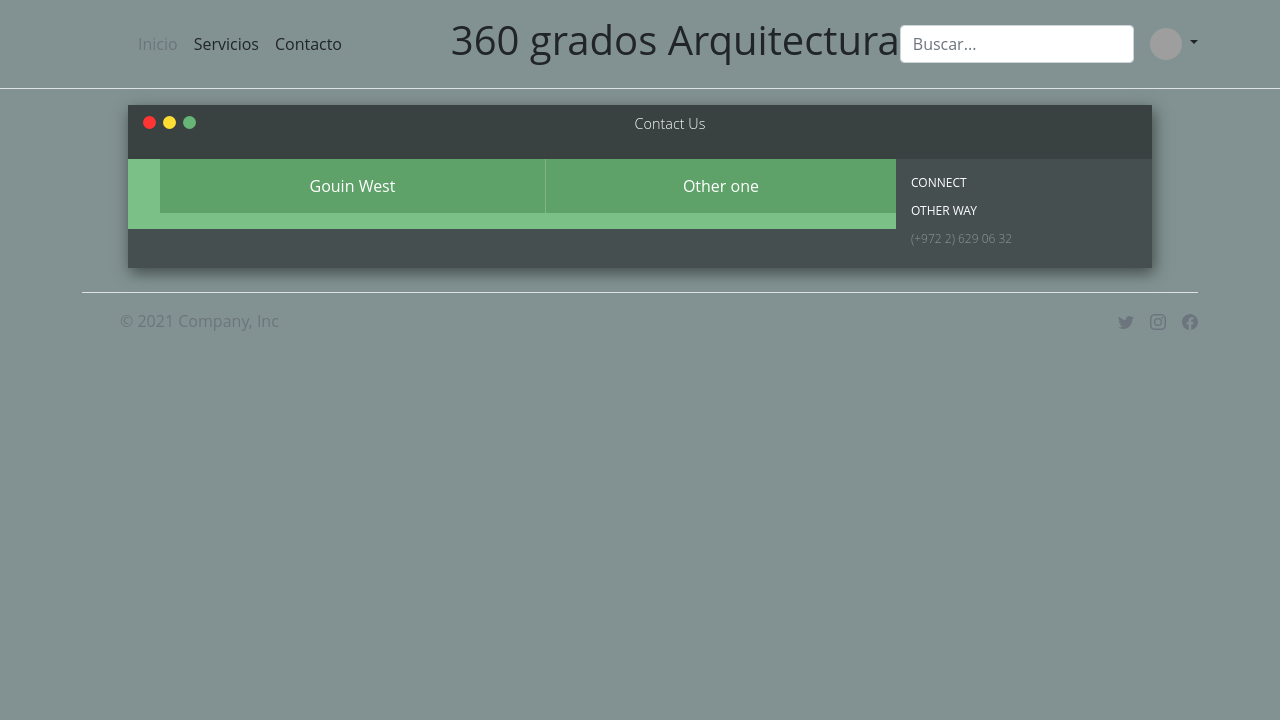
Repository: RaquelAlvarezz/Recuperaci-n-Bootstrap
Page: http://localhost/contacto.php
These files come from the project's save history. The page is drawn as it stood at one moment and after the next save; the edit follows.
The browser window is 1280 px wide. The pictures show the whole page.
Pictures or frames that could not be fetched are drawn as grey boxes. The page is run by PHP 8.4 with error messages shown; the project is at /var/www/html/.

Above is the page before, as saved 2022-02-17 12:09:03.

After the next save:
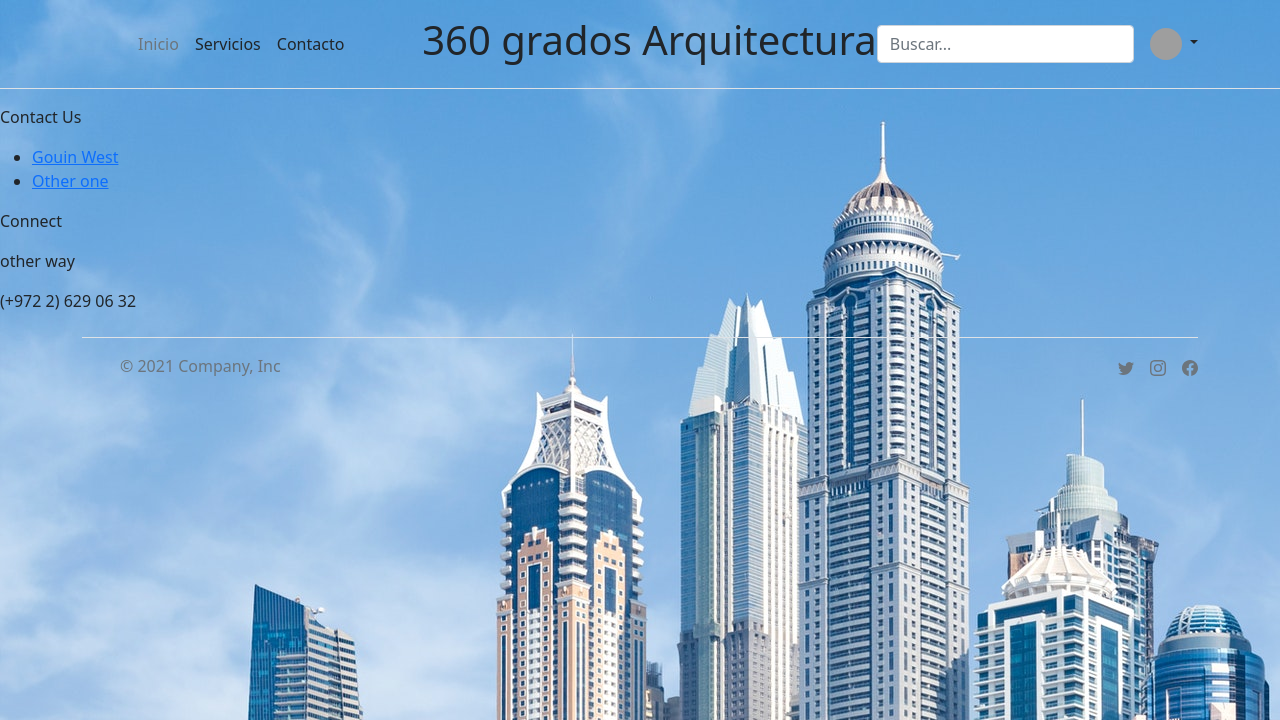
Saved 50 s later.
--- a/contacto.php
+++ b/contacto.php
@@ -4,7 +4,7 @@
     <meta charset="UTF-8">
     <meta name="viewport" content="width=device-width, initial-scale=1.0">
     <link href="https://cdn.jsdelivr.net/npm/bootstrap@5.1.3/dist/css/bootstrap.min.css" rel="stylesheet" integrity="sha384-1BmE4kWBq78iYhFldvKuhfTAU6auU8tT94WrHftjDbrCEXSU1oBoqyl2QvZ6jIW3" crossorigin="anonymous">
-    <link rel="stylesheet" href="./css/estiloscontacto.css">
+    <link rel="stylesheet" href="./css/styles.css">
 
     <link rel="icon" type="image/jpg" href="./img/bosquejo.png"/>
     <title>360 grados Arquitectura</title>
